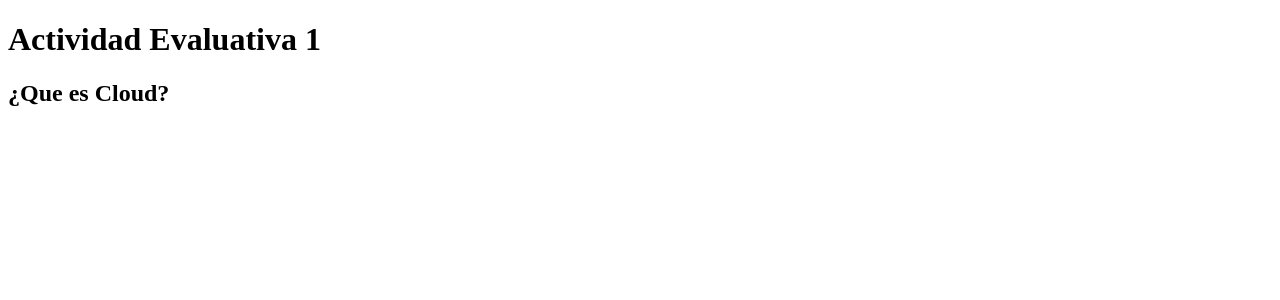
Repository: Laura-Oliveros/Actividad-Evaluativa-1
Page: LauSebas.html
The author's editor kept a copy of each file at every save. The page is drawn from the files as they stood at one save, then again after the next save.
The browser window is 1280 px wide. The pictures show the whole page.

Above is the page before, as saved 2025-09-04 18:46:27.

After the next save:
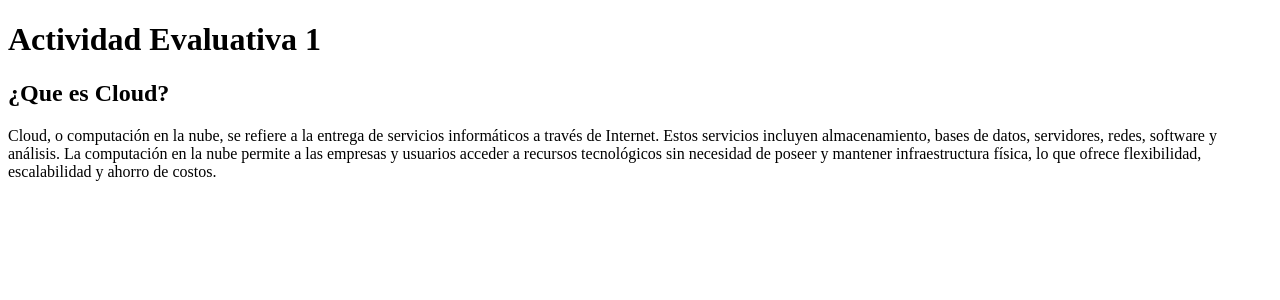
Saved 4 s later.
--- a/LauSebas.html
+++ b/LauSebas.html
@@ -8,7 +8,7 @@
 <body>
     <h1>Actividad Evaluativa 1</h1>
     <h2>¿Que es Cloud?</h2>
-
+    <p>Cloud, o computación en la nube, se refiere a la entrega de servicios informáticos a través de Internet. Estos servicios incluyen almacenamiento, bases de datos, servidores, redes, software y análisis. La computación en la nube permite a las empresas y usuarios acceder a recursos tecnológicos sin necesidad de poseer y mantener infraestructura física, lo que ofrece flexibilidad, escalabilidad y ahorro de costos.</p>
 
 
 </body>
